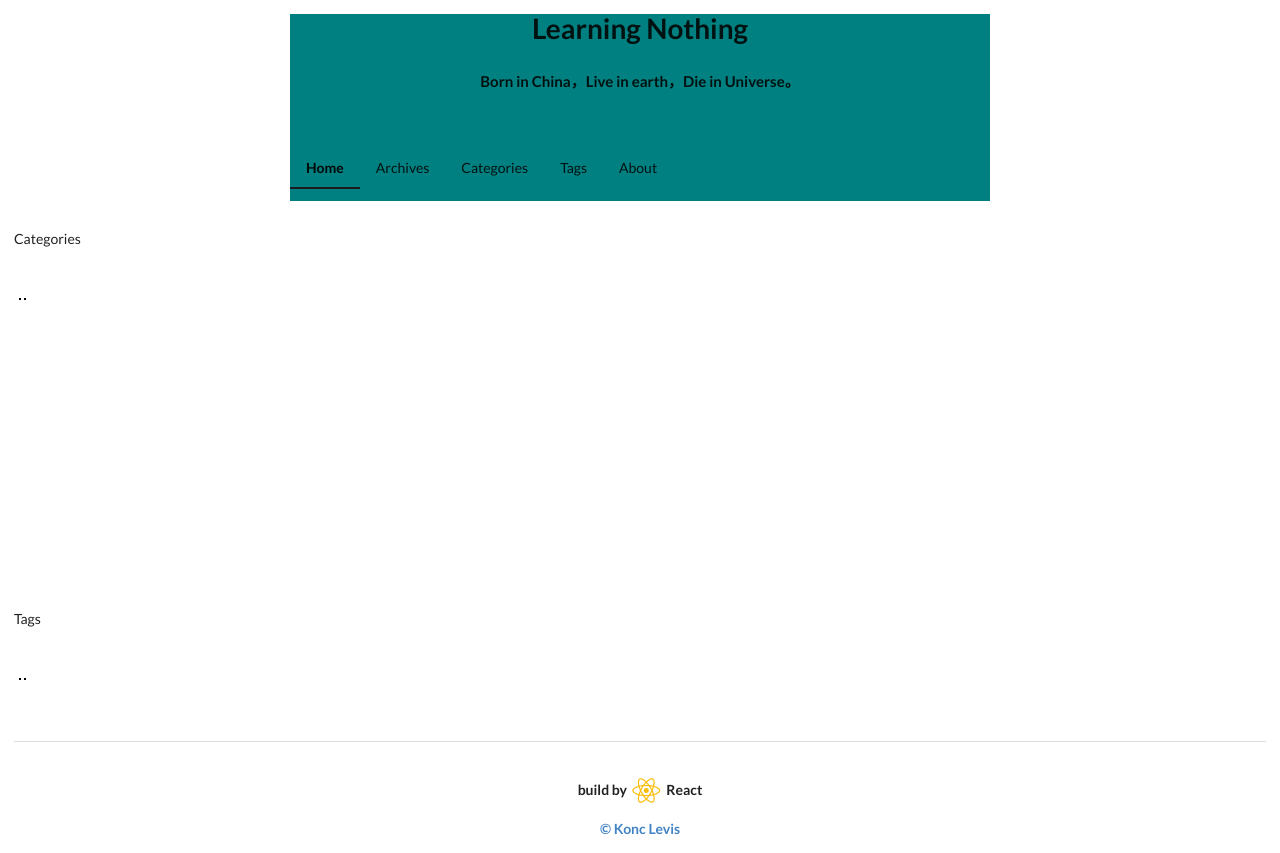
Repository: chu4j/my-spring-cloud-blog-frontend
Page: /
These files come from the project's save history. The page is drawn as it stood at one moment and after the next save; the edit follows.
The browser window is 1280 px wide. The pictures show the whole page.
The page's requests for data from a server got no answer. The project was rebuilt for these pictures with package versions that can differ from the ones it lists, and the page was loaded fresh each time. No one was signed in, and anything a server would have sent is missing. Also part of the build but not shown: src/components/Categories.jsx, src/components/FocusContent.jsx, src/css/App.css, src/components/owner/LoginForm.jsx, src/components/Tags.jsx, src/components/Timeline.jsx, src/components/TimelineHome.jsx.

Above is the page before, as saved 2021-02-24 11:46:58.

### src/index.js
import React from 'react';
import ReactDOM from 'react-dom';
import { BrowserRouter } from 'react-router-dom';
import 'semantic-ui-css/semantic.min.css';
import './css/index.css';
import BlogRouter from './router/Router';
import  'github-markdown-css';
ReactDOM.render(<
    BrowserRouter forceRefresh={true} >
    <BlogRouter />
</BrowserRouter>,
    document.getElementById('root')
);

### src/css/index.css
body {
  margin: 1em;
  -webkit-font-smoothing: antialiased;
  -moz-osx-font-smoothing: grayscale;
}

code {
  font-family: source-code-pro, Menlo, Monaco, Consolas, "Courier New",
    monospace;
}

.post-container {
  padding: 2px;
  border-radius: 0.5em;
}

.post-title {
  color: #010101;
}

.post-title:hover {
  color: #010101;
  text-decoration: underline;
}

/*animate*/

.posts-appear {
  opacity: 0;
}

.posts-enter {
  opacity: 1;
  transform: scale(0.95);
}

.posts-enter-active {
  opacity: 1;
  transform: translateX(0);
  transition: opacity 300ms, transform 200ms;
}

.posts-exit {
  opacity: 1;
  transform: scale(0.9);
}

.posts-exit-active {
  opacity: 0;
  transform: translateX(0);
  transition: opacity 300ms, transform 200ms;
}

.post-container pre code {

}
.common-label {
  display: inline-block;
  margin: 5px;
  padding: 2px;
  color: #010101;
  border-bottom: 2px dotted #010101;
  border-radius: 0;
}
.common-label-container{
  min-height: 280px;
}

### src/router/Router.jsx
import { Route, Switch } from "react-router-dom";
import Categories from "../components/Categories";
import FocusPostComponent from "../components/FocusContent";
import Home from "../components/Home";
import LoginForm from "../components/owner/LoginForm";
import Tags from "../components/Tags";
import MyTimeline from "../components/Timeline";
import TimelineHome from "../components/TimelineHome";
export default function BlogRouter() {
  return (
    <Switch>
      <Route path="/" exact>
        <Home />
      </Route>
      <Route path="/owner/login" exact>
        <LoginForm />
      </Route>
      <Route path="/category/:name" exact>
        <Home />
      </Route>
      <Route path="/tag/:name" exact>
        <Home />
      </Route>
      <Route path="/posts/page/:pageNumber">
        <Home />
      </Route>
      <Route path="/category/:name/page/:pageNumber">
        <Home />
      </Route>
      <Route path="/tag/:name/page/:pageNumber">
        <Home />
      </Route>
      <Route path="/post/:postId" exact>
        <FocusPostComponent />
      </Route>
      <Route path="/categories" exact>
        <Categories />
      </Route>
      <Route path="/tags" exact>
        <Tags />
      </Route>
      <Route path="/posts/timeline" exact>
        <TimelineHome />
      </Route>
      <Route path="/posts/timeline/page/:pageNumber" exact>
        <TimelineHome />
      </Route>
    </Switch>
  );
}

### src/components/Home.jsx
import { React, useEffect, useState } from "react";
import { useParams, useRouteMatch } from "react-router-dom";
import "../css/App.css";
import { ServerHost } from "./AppConfig";
import BlogLayout from "./BlogLayout";
import CategoryComponent from "./CategoryComponent";
import ContentComponent from "./Content";
import TagComponent from "./TagComponent";
async function getArchive(path) {
  const axios = require("axios").default;
  if (null == path) {
    return axios.get(ServerHost + "/v1/api/archive").then((res) => res.data);
  } else {
    return axios.get(path).then((res) => res.data);
  }
}
function countPath(router, name, pageNumber) {
  let requestUrl = "";
  let pagePrefix = "";
  const path = router.path;
  switch (path) {
    case "/":
      requestUrl = ServerHost + "/v1/api/archive";
      pagePrefix = "/posts/page/";
      break;
    case "/category/:name":
      requestUrl = ServerHost + "/v1/api/category/" + name;
      pagePrefix = "/category/" + name + "/page/";
      break;
    case "/category/:name/page/:pageNumber":
      requestUrl =
        ServerHost + "/v1/api/category/" + name + "?page=" + pageNumber;
      pagePrefix = "/category/" + name + "/page/";
      break;
    case "/tag/:name":
      requestUrl = ServerHost + "/v1/api/tag/" + name;
      pagePrefix = "/tag/" + name + "/page/";
      break;
    case "/tag/:name/page/:pageNumber":
      requestUrl = ServerHost + "/v1/api/tag/" + name + "?page=" + pageNumber;
      pagePrefix = "/tag/" + name + "/page/";
      break;
    case "/posts/page/:pageNumber":
      requestUrl = ServerHost + "/v1/api/archive?page=" + pageNumber;
      pagePrefix = "/posts/page/";
      break;
    default:
      break;
  }
  return { requestUrl, pagePrefix };
}
export default function Home() {
  let { name, pageNumber } = useParams();
  const router = useRouteMatch();
  console.log("router:" + JSON.stringify(router) + " type:" + typeof router);
  const params = countPath(router, name, pageNumber);
  console.log("returnPath:" + params.requestUrl);
  let activePage = 1;
  if (null != pageNumber && undefined != pageNumber) activePage = pageNumber;
  const [response, setData] = useState({});
  useEffect(() => {
    getArchive(params.requestUrl).then((res) => {
      setData(res);
    });
  }, []);
  return (
    <BlogLayout
      CategoryComponent={<CategoryComponent />}
      TagComponent={<TagComponent />}
      ContentComponent={
        <ContentComponent
          response={response}
          activePage={activePage}
          pagePrefix={params.pagePrefix}
        />
      }
      style={{ margin: 0, padding: 0 }}
    />
  );
}

### src/components/BlogLayout.jsx
import { Grid } from "semantic-ui-react";
import "../css/index.css";
import Header from "./BlogHeader";
import DivRow from "./Common";
import Footer from "./Footer";
export default function BlogLayout(props) {
  return (
    <div className="customBackground">
      <Grid stackable>
        <Grid.Row columns={1}>
          <Header />
        </Grid.Row>
        <Grid.Row>
          {props.CategoryComponent && props.TagComponent && (
            <Grid.Column width={3}>
              {props.CategoryComponent}
              <DivRow />
              <DivRow />
              <DivRow />
              {props.TagComponent}
            </Grid.Column>
          )}
          {props.CategoryComponent &&
          props.TagComponent &&
          props.ContentComponent ? (
            <Grid.Column width={12}>{props.ContentComponent}</Grid.Column>
          ) : (
            <Grid.Column width={16}>{props.ContentComponent}</Grid.Column>
          )}
        </Grid.Row>
        <Grid.Row columns={1}>
          <Grid.Column>
            <Footer />
          </Grid.Column>
        </Grid.Row>
      </Grid>
    </div>
  );
}

### src/components/CategoryComponent.jsx
import React, { Component } from "react";
import { ServerHost } from "./AppConfig";
import DivRow from "./Common";
class CategoryComponent extends Component {
  state = {
    data: [{}],
  };
  componentDidMount() {
    const axois = require("axios").default;
    axois
      .get(ServerHost + "/v1/api/category/statistics/count")
      .then((res) => {
        const data = res.data;
        this.setState({ data: data });
      })
      .catch((error) => {
        console.log(error);
      });
    console.log("category card render");
  }
  render() {
    return (
      <>
        <span>Categories</span>
        <DivRow />
        <div className="common-label-container">
          {this.state.data.map((e, index) => (
            <a key={index} href={"/category/" + e.value} className="common-label">
              {e.value}
              &nbsp;
              {e.count}
            </a>
          ))}
        </div>
      </>
    );
  }
}
export default CategoryComponent;

### src/components/AppConfig.jsx
export const ServerHost = "http://localhost:9000";

### src/components/Content.jsx
import { React, useEffect, useState } from "react";
import { useHistory, withRouter } from "react-router-dom";
import { CSSTransition } from "react-transition-group";
import { Container, Grid, Header, Icon, Pagination } from "semantic-ui-react";
import DivRow from "./Common";

function ContentComponent(props) {
  const hljs = require("highlight.js");
  const [showComponent, setShowComponent] = useState(false);
  console.log("state : " + showComponent);
  useEffect(() => {
    let time = setTimeout(() => setShowComponent(true), 100);
    hljs.highlightAll();
    return () => {
      clearTimeout(time);
    };
  }, []);
  const history = useHistory();
  const handlePaginationClick = (e, { activePage }) => {
    const url = props.pagePrefix + activePage;
    history.push(url);
  };
  return (
    <>
      <CSSTransition
        in={showComponent}
        classNames="posts"
        timeout={200}
        unmountOnExit
      >
        <Container fluid>
          {props.response.list &&
            props.response.list.map((a, index) => (
              <div
                className="post-container"
                style={index > 0 ? { marginTop: "20px" } : {}}
              >
                <Header as="h1" textAlign="center">
                  <a href={"/post/" + a.serialNumber} className="post-title">
                    {a.title}
                  </a>
                </Header>
                {
                  <div
                    className="markdown-body"
                    dangerouslySetInnerHTML={{ __html: a.content }}
                  ></div>
                }

                <DivRow />
                {a.category && a.tag && (
                  <>
                    <Container fluid>
                      <Grid>
                        <Grid.Row>
                          <Grid.Column width={5}>
                            {a.category.map((c, index) => (
                              <>
                                {" "}
                                <div key={index}>
                                  <span>
                                    <Icon name="linkify" color="blue" />
                                    <a
                                      href={"/category/" + c.category}
                                      style={{ fontWeight: "900" }}
                                    >
                                      {c.category}
                                    </a>
                                  </span>
                                </div>
                              </>
                            ))}
                          </Grid.Column>

                          <Grid.Column width={11}>
                            {a.tag.map((t, index) => (
                              <>
                                {" "}
                                <span key={index}>
                                  <Icon name="hashtag" color="yellow" />
                                  <a
                                    href={"/tag/" + t.tag}
                                    style={{ fontWeight: "900" }}
                                  >
                                    {t.tag}
                                  </a>
                                </span>
                              </>
                            ))}
                          </Grid.Column>
                        </Grid.Row>
                      </Grid>
                    </Container>
                  </>
                )}
                <DivRow />
                <DivRow />
              </div>
            ))}
          {props.response.totalPage > 1 && props.activePage && (
            <Container fluid textAlign="center" style={{ marginTop: "2em" }}>
              <Pagination
                totalPages={props.response.totalPage}
                firstItem={null}
                lastItem={null}
                pointing
                secondary
                activePage={props.activePage}
                onPageChange={handlePaginationClick}
              />
            </Container>
          )}
          {props.focus && props.response.list && (
            <div style={{ marginTop: "1em" }}>
              <Grid stackable>
                <Grid.Row>
                  <Grid.Column width={8}>
                    {props.response.list.map((e, index) => (
                      <>
                        {e.previous && (
                          <a
                            key={index}
                            href={"/post/" + e.previous.serialNumber}
                            style={{ fontWeight: "900" }}
                          >
                            <Icon name="angle left" size="big"></Icon>
                            &nbsp;&nbsp;{e.previous.title}
                          </a>
                        )}
                      </>
                    ))}
                  </Grid.Column>
                  <Grid.Column width={8} textAlign="right">
                    {props.response.list.map((e, index) => (
                      <>
                        {e.next && (
                          <a
                            key={index}
                            href={"/post/" + e.next.serialNumber}
                            style={{ fontWeight: "900" }}
                          >
                            {e.next.title}&nbsp;&nbsp;
                            <Icon name="angle right" size="big"></Icon>
                          </a>
                        )}
                      </>
                    ))}
                  </Grid.Column>
                </Grid.Row>
              </Grid>
            </div>
          )}
        </Container>
      </CSSTransition>
    </>
  );
}
export default withRouter(ContentComponent);

### src/components/TagComponent.jsx
import React, { Component } from "react";
import { ServerHost } from "./AppConfig";
import DivRow from "./Common";
class TagComponent extends Component {
  state = {
    data: [{}],
  };
  componentDidMount() {
    const axois = require("axios").default;
    axois
      .get(ServerHost + "/v1/api/tag/statistics/count")
      .then((res) => {
        const data = res.data;
        this.setState({ data: data });
      })
      .catch((error) => {
        console.error(error);
      });
  }
  render() {
    return (
      <>
        <span>Tags</span>
        <DivRow />
        <div>
          {this.state.data.map((e, index) => (
            <a key={index} href={"/tag/" + e.value} className="common-label">
              {e.value}
              &nbsp;
              {e.count}
            </a>
          ))}
        </div>
      </>
    );
  }
}
export default TagComponent;

### src/components/Common.jsx
export default function DivRow() {
  return <div>&nbsp;</div>;
}

### src/components/BlogHeader.jsx
import React, { Component } from "react";
import { Container, Header, Menu, Visibility } from "semantic-ui-react";
const menuStyle = {
  border: "none",
  borderRadius: 0,
  boxShadow: "none",
  marginBottom: "1em",
  marginTop: "4em",
  transition: "box-shadow 0.5s ease, padding 0.5s ease",
};

const fixedMenuStyle = {
  backgroundColor: "#fff",
  border: "1px solid #ddd",
  boxShadow: "0px 3px 5px rgba(0, 0, 0, 0.2)",
};

const overlayStyle = {
  float: "left",
  margin: "0em 3em 1em 0em",
};

const overlayMenuStyle = {
  position: "relative",
  left: 0,
  transition: "left 0.5s ease",
};

class BlogHeader extends Component {
  state = {
    activeItem: "home",
    menuFixed: false,
    overlayFixed: false,
  };
  stickOverlay = () => this.setState({ overlayFixed: true });

  stickTopMenu = () => this.setState({ menuFixed: true });

  unStickOverlay = () => this.setState({ overlayFixed: false });

  unStickTopMenu = () => this.setState({ menuFixed: false });

  handleItemClick = (e, { name }) => this.setState({ activeItem: name });
  render() {
    const { activeItem, menuFixed, overlayFixed, overlayRect } = this.state;
    return (
      <Container text style={{ backgroundColor: "teal" }}>
        <Header as="h1" content="Learning Nothing" textAlign="center" />
        <Header
          as="h4"
          content="Born in China，Live in earth，Die in Universe。"
          textAlign="center"
        />
        <Visibility
          onBottomPassed={this.stickTopMenu}
          onBottomVisible={this.unStickTopMenu}
          once={false}
        />
        <Menu
          borderless
          fixed={menuFixed ? "top" : undefined}
          style={menuFixed ? fixedMenuStyle : menuStyle}
          pointing
          secondary
          className="blog-header"
        >
          <Menu.Item
            as="a"
            name="home"
            active={activeItem === "home"}
            onClick={this.handleItemClick}

            link
            href="/"
          ></Menu.Item>
          <Menu.Item
            as="a"
            name="archives"
            active={activeItem === "archives"}
            onClick={this.handleItemClick}
            link
            href="/posts/timeline"
          />
          <Menu.Item
            as="a"
            name="categories"
            active={activeItem === "categories"}
            onClick={this.handleItemClick}
            link
            href="/categories"
          />
          <Menu.Item
            name="tags"
            active={activeItem === "tags"}
            onClick={this.handleItemClick}
            as="a"
            href="/tags"
          />
          <Menu.Item
            name="about"
            active={activeItem === "about"}
            onClick={this.handleItemClick}
          />
        </Menu>
        <Visibility
          offset={80}
          once={false}
          onTopPassed={this.stickOverlay}
          onTopVisible={this.unStickOverlay}
          style={overlayFixed ? { ...overlayStyle, ...overlayRect } : {}}
        />
      </Container>
    );
  }
}

export default BlogHeader;

### src/components/Footer.jsx
import { Component, React } from "react";
import { Divider, Icon } from "semantic-ui-react";
import DivRow from "./Common";

class Footer extends Component {
  render() {
    return (
      <div style={{ marginTop: "2em", textAlign: "center" }}>
        <Divider />
        <DivRow />
        <p style={{ fontWeight: "900" }}>
          build by <Icon name="react" color="yellow" size="big" />
          <b>React</b>
        </p>

        <a href="https://www.github.com/konchoo">
          <b>&copy;&nbsp;Konc Levis</b>
        </a>
      </div>
    );
  }
}
export default Footer;

Loaded but not shown: public/index.html (common file)

After the next save:
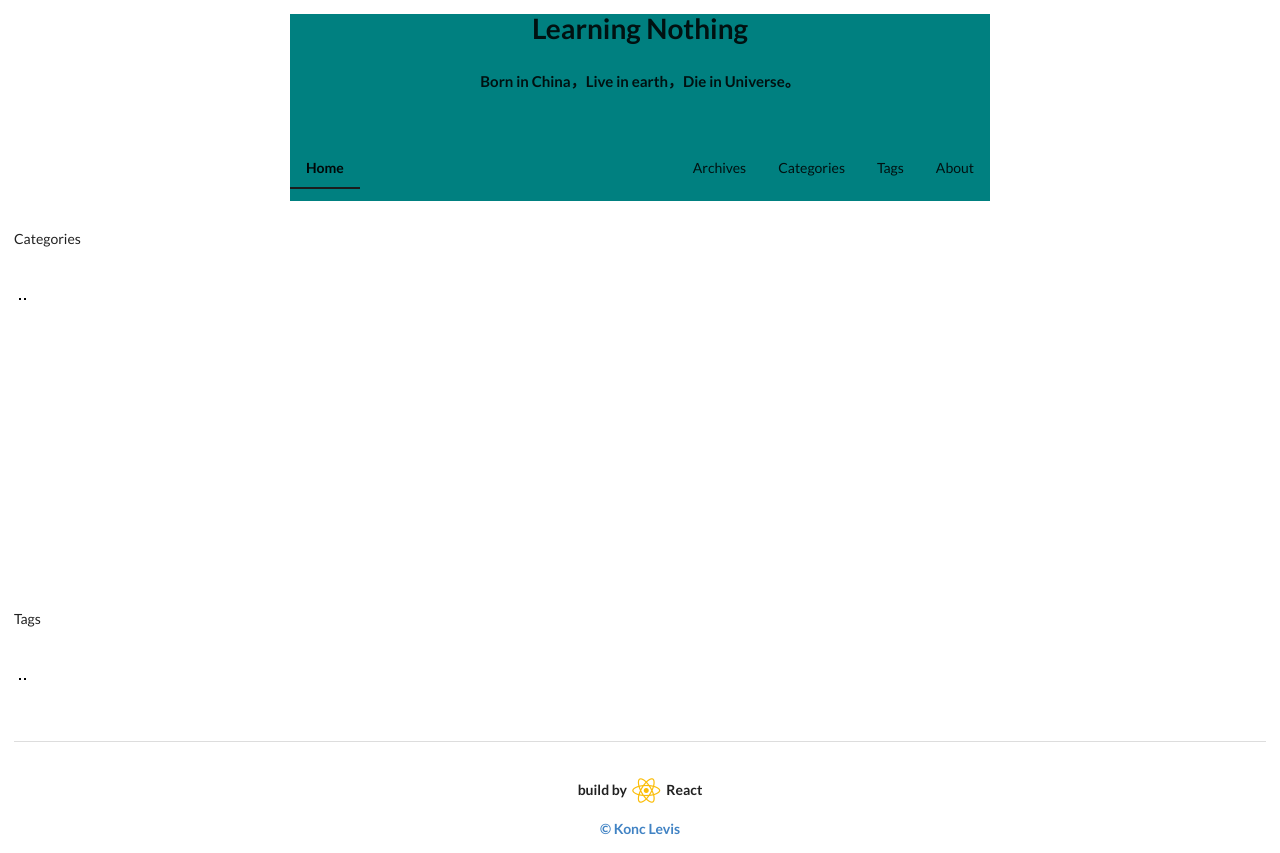
Saved 21 s later.
--- a/src/components/BlogHeader.jsx
+++ b/src/components/BlogHeader.jsx
@@ -69,7 +69,7 @@
             name="home"
             active={activeItem === "home"}
             onClick={this.handleItemClick}
-
+            position="left"
             link
             href="/"
           ></Menu.Item>

After the save that followed:
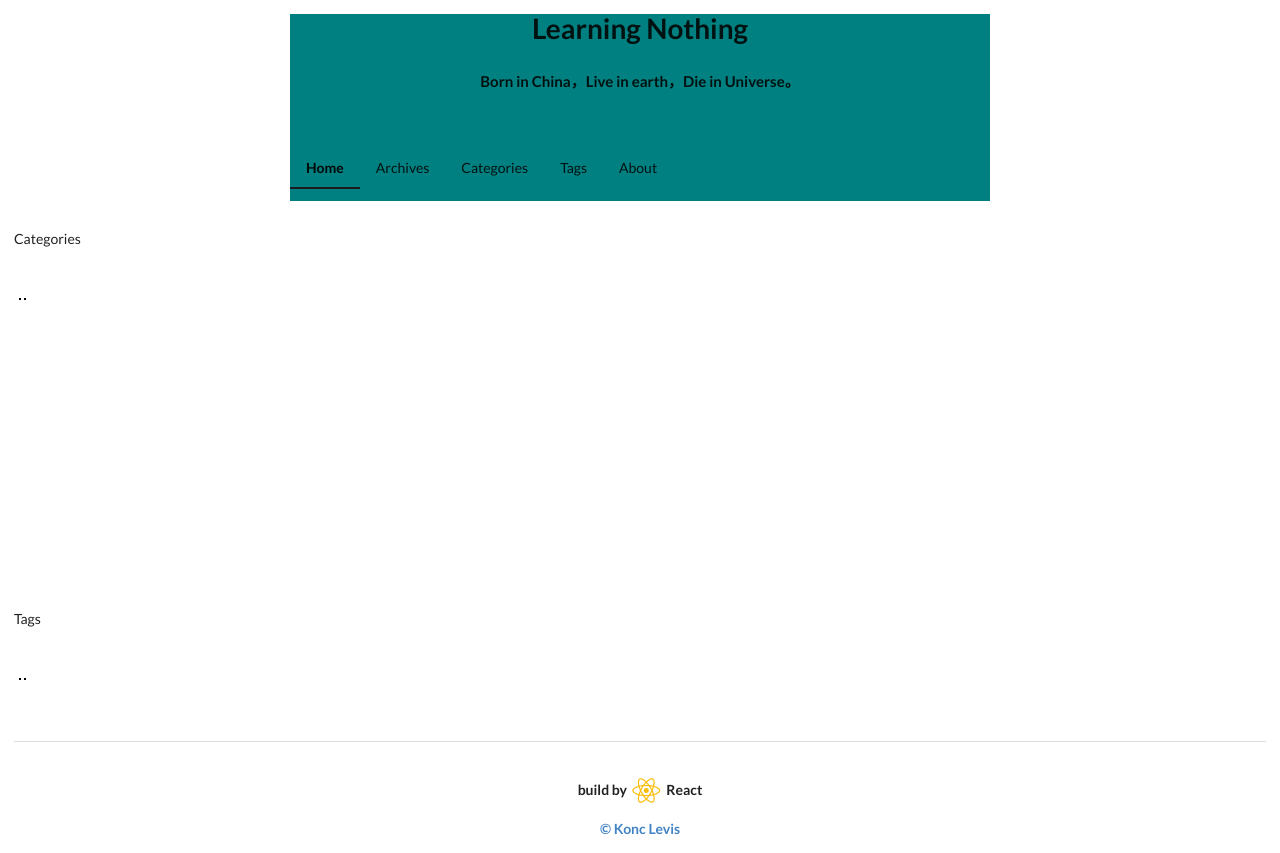
Saved 20 s later.
--- a/src/components/BlogHeader.jsx
+++ b/src/components/BlogHeader.jsx
@@ -69,7 +69,6 @@
             name="home"
             active={activeItem === "home"}
             onClick={this.handleItemClick}
-            position="left"
             link
             href="/"
           ></Menu.Item>
